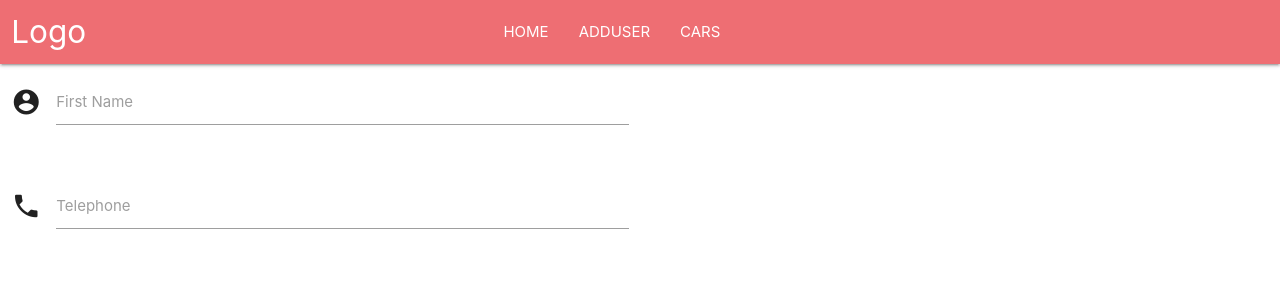
Repository: JenyaIII-sudo/Cars
Page: /Add
The author's editor kept a copy of each file at every save. The page is drawn from the files as they stood at one save, then again after the next save.
The browser window is 1280 px wide. The pictures show the whole page.
The project was rebuilt for these pictures with package versions that can differ from the ones it lists, and the page was loaded fresh each time. Also part of the build but not shown: src/App.css, src/Components/Home.js. Imported but missing from the stored project, and not drawn on this page: src/Components/Cars.

Above is the page before, as saved 2019-11-24 15:39:12.

### public/index.html
<!DOCTYPE html>
<html lang="en">
  <head>
    <meta charset="utf-8" />
    <link rel="icon" href="%PUBLIC_URL%/favicon.ico" />
    <meta name="viewport" content="width=device-width, initial-scale=1" />
    <meta name="theme-color" content="#000000" />
    <meta
      name="description"
      content="Web site created using create-react-app"
    />
    <link rel="apple-touch-icon" href="logo192.png" />

    <link rel="manifest" href="%PUBLIC_URL%/manifest.json" />
    <link
      rel="stylesheet"
      href="https://cdnjs.cloudflare.com/ajax/libs/materialize/1.0.0/css/materialize.min.css"
    />
    <link
      href="https://fonts.googleapis.com/icon?family=Material+Icons"
      rel="stylesheet"
    />
    <title>React App</title>
  </head>
  <body>
    <noscript>You need to enable JavaScript to run this app.</noscript>
    <div id="root"></div>
    <script src="https://cdnjs.cloudflare.com/ajax/libs/materialize/1.0.0/js/materialize.min.js"></script>
  </body>
</html>

### src/App.js
import React from "react";
import "./App.css";
import NavBar from "./Components/NavBar";
import { BrowserRouter as Router, Route } from "react-router-dom";
import Cars from "./Components/Cars";
import Home from "./Components/Home";
import AddUser from "./Components/AddUser";

function App() {
  return (
    <Router>
      <div className="row container-fluid">
        <NavBar />
        <Route path="/Home" component={Home} />
        <Route path="/Add" component={AddUser} />
        <Route path="/Cars" component={Cars} />
      </div>
    </Router>
  );
}

export default App;

### src/Components/NavBar.js
import React from "react";
import { Link } from "react-router-dom";

const NavBar = () => {
  return (
    <nav>
      <div className="nav-wrapper col s7">
        <a href="#" className="brand-logo">
          Logo
        </a>
        <ul id="nav-mobile" className="right hide-on-med-and-down">
          <li>
            <Link to="/Home">HOME</Link>
          </li>
          <li>
            <Link to="/Add">ADDUSER</Link>
          </li>
          <li>
            <Link to="/Cars">CARS</Link>
          </li>
        </ul>
      </div>
    </nav>
  );
};

export default NavBar;

### src/Components/AddUser.js
import React from "react";

const AddUser = () => {
  return (
    <div className="container-fluid">
      <form className="col s6">
        <div className="row">
          <div className="input-field col s12">
            <i className="material-icons prefix">account_circle</i>
            <input id="icon_prefix" type="text" className="validate" />
            <label for="icon_prefix">First Name</label>
          </div>
        </div>
        <div className="row">
          <div className="input-field col s12">
            <i className="material-icons prefix">phone</i>
            <input id="icon_telephone" type="tel" className="validate" />
            <label for="icon_telephone">Telephone</label>
          </div>
        </div>
      </form>
    </div>
  );
};

export default AddUser;

Loaded but not shown: src/index.js (common file); src/index.css (common file)

After the next save:
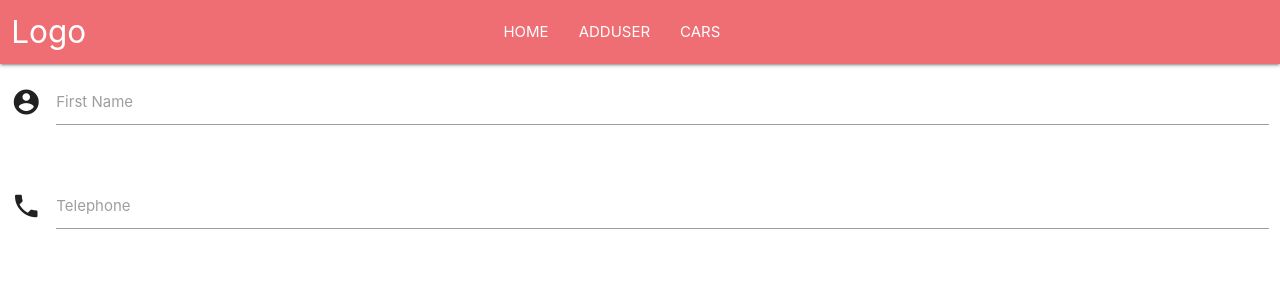
Saved 12 s later.
--- a/src/Components/AddUser.js
+++ b/src/Components/AddUser.js
@@ -3,7 +3,7 @@
 const AddUser = () => {
   return (
     <div className="container-fluid">
-      <form className="col s6">
+      <form className="col s12">
         <div className="row">
           <div className="input-field col s12">
             <i className="material-icons prefix">account_circle</i>

After the save that followed:
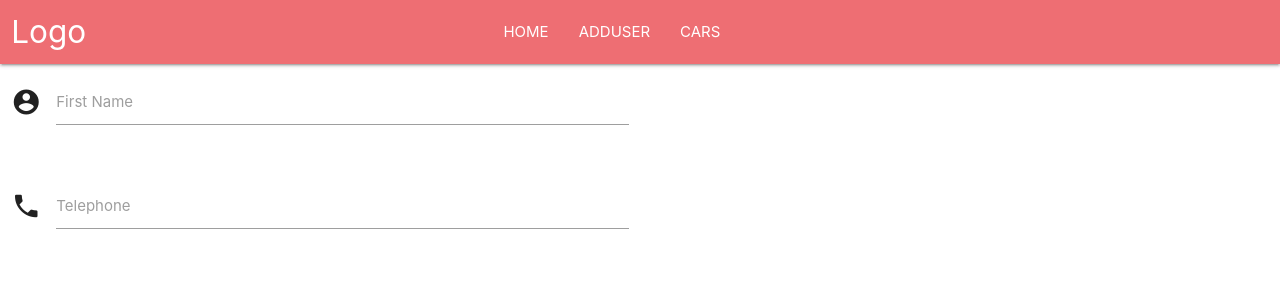
Saved 8 s later.
--- a/src/Components/AddUser.js
+++ b/src/Components/AddUser.js
@@ -3,7 +3,7 @@
 const AddUser = () => {
   return (
     <div className="container-fluid">
-      <form className="col s12">
+      <form className="col s6">
         <div className="row">
           <div className="input-field col s12">
             <i className="material-icons prefix">account_circle</i>
